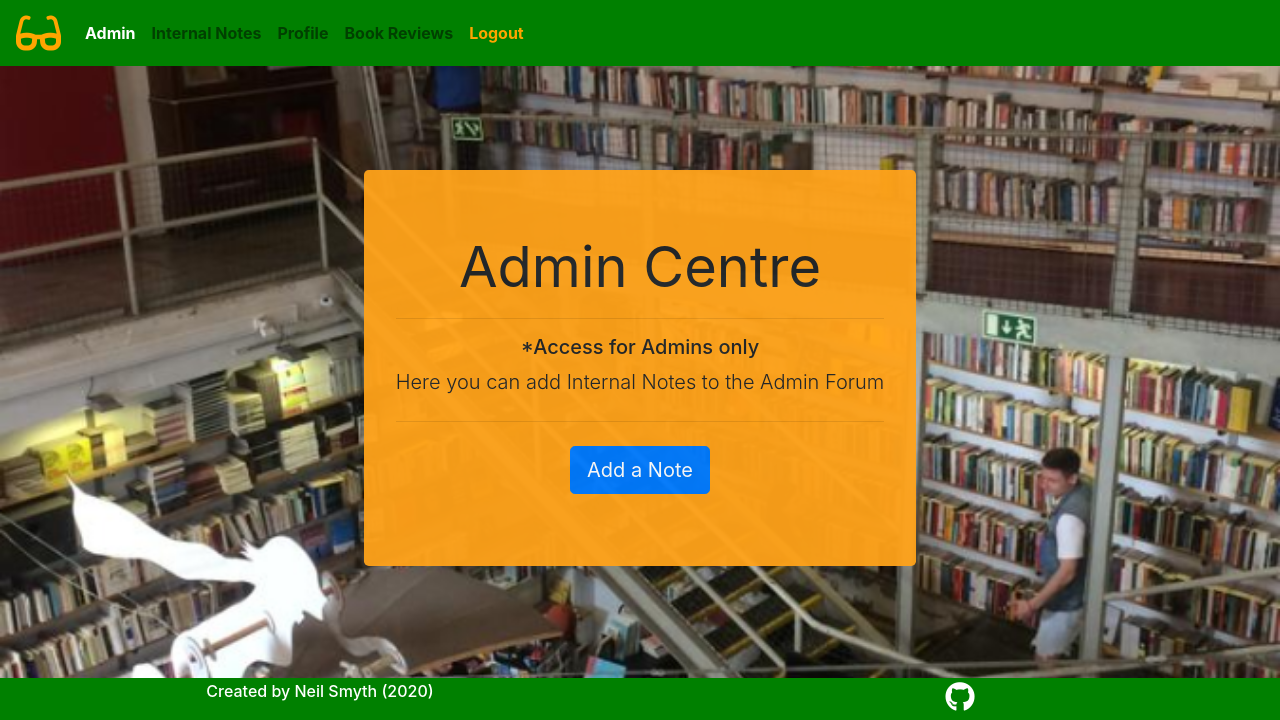
Repository: NeiloErnesto89/Data_Centric_Dev_Milestone_Project3
Page: templates/admin.html
The author's editor kept a record of every edit. The page is drawn from the files as they stood at one moment, then again after the next edit.
The browser window is 1280 px wide. The pictures show the whole page.
Some web libraries are served in a nearby version. The template is drawn by Flask 3. The application's start-up code is not run. Other server files are loaded and not shown. The template is opened directly, without the code that normally fills it, so the values that code supplies are empty.

Above is the page before.

### templates/admin.html
<div class="cover-container2 d-flex mx-auto flex-column">


{% extends "base.html" %}

<!--NavBar with Burger Icon-->
{% block navbar %}
<header class="nav-container">
    <nav class="navbar navbar-expand-lg navbar-light mb-1 text-center fixed-top">
        <a class="navbar-brand" data-target="#modalPopUp" data-toggle="modal"><i class="fas fa-glasses" style="font-size:40px;color:orange;"></i></a>
        <button class="navbar-toggler" type="button" data-toggle="collapse" data-target="#navbarTogglerDemo02" aria-controls="navbarTogglerDemo02" aria-expanded="false" aria-label="Toggle navigation">
                                <span class="navbar-toggler-icon"></span>
                              </button>
        <div class="collapse navbar-collapse" id="navbarTogglerDemo02">
            <ul class="navbar-nav mr-auto mt-0 mt-lg-0">

                {% if user.username == None %}
                <li class="nav-item">
                    <a class="nav-link" href="{{ url_for('index') }}"><b>Home</b></a>
                </li>
                <li class="nav-item">
                    <a class="nav-link" href="{{ url_for('signup') }}"><b>Sign Up</b></a>
                </li>
                <li class="nav-item">
                    <a class="nav-link" href="{{ url_for('login') }}"><b>Login</b></a>
                </li>

                {% else %}

                <li class="nav-item">
                    <a class="nav-link" style="color:white;" href="{{ url_for('admin') }}"><b>Admin</b></a>
                </li>
                <li class="nav-item">
                    <a class="nav-link" href="{{ url_for('all_comments') }}"><b>Internal Notes</b></a>
                </li>
                <li class="nav-item">
                    <a class="nav-link" href="{{ url_for('bio') }}"><b>Profile</b></a>
                </li>
                <li class="nav-item">
                    <a class="nav-link" href="{{ url_for('all_reviews') }}"><b>Book Reviews</b></a>
                </li>

                <div>
                    <li class="nav-item">
                        <a class="nav-link" style="color:orange;" href="{{ url_for('logout') }}"><b>Logout</b></a>
                    </li>
                </div>
                {% endif %}


            </ul>
        </div>
    </nav>
</header>
{% endblock navbar %}

{% block content %}

<div class="row justify-content-center">
            <div class="jumbotron jumbotron-shape" style="opacity: 0.95;">
                <h1 class="display-4 text-center"><b>Admin Centre</b></h1>
                <hr>
                <h5 class="display-5 text-center">*Access for Admins only</h5>
                <p class="lead text-center">Here you can add Internal Notes to the Admin Forum</p>
                <hr class="my-4">
                <div class="row">
                    <div class="col-sm-12">
                        <div class="text-center">
                            <a class="btn btn-primary btn-lg mb-2 " href="{{ url_for('comment_page') }}" role="button">Add a Note</a>
                        </div>
                    </div>

                </div>
            </div>

        </div>

{% endblock %}

</div> <!--COVER-->

### templates/base.html
<!DOCTYPE html>
<html lang="en">

<head>
    <meta charset="UTF-8">
    <meta name="viewport" content="width=device-width, initial-scale=1.0">
    <meta http-equiv="X-UA-Compatible" content="ie=edge">

    <title>Book Reviews</title>

    <!-- Bootstrap -->
    <link rel="stylesheet" href="https://stackpath.bootstrapcdn.com/bootstrap/4.3.1/css/bootstrap.min.css" integrity="sha384-ggOyR0iXCbMQv3Xipma34MD+dH/1fQ784/j6cY/iJTQUOhcWr7x9JvoRxT2MZw1T" crossorigin="anonymous">

    <!-- Google Font-->

    <link href="https://fonts.googleapis.com/css?family=Montserrat:400,700" rel="stylesheet">

    <!-- Font Awesome-->

    <link rel="stylesheet" href="https://use.fontawesome.com/releases/v5.7.2/css/all.css" integrity="sha384-fnmOCqbTlWIlj8LyTjo7mOUStjsKC4pOpQbqyi7RrhN7udi9RwhKkMHpvLbHG9Sr" crossorigin="anonymous">

    <link rel="stylesheet" href="https://cdnjs.cloudflare.com/ajax/libs/font-awesome/4.7.0/css/font-awesome.min.css">

    <!-- CSS -->

    <link rel="stylesheet" href="{{url_for('static', filename='css/style.css')}}" type="text/css" />


</head>

<body>

<div class="cover-container d-flex mx-auto flex-column">

            <!--NavBar with Burger Icon-->
        {% block navbar %}
        <header class="nav-container">
            <nav class="navbar navbar-expand-lg navbar-light mb-1 text-center fixed-top">
                <a class="navbar-brand" href="{{ url_for('index') }}" data-target="#modalPopUp" data-toggle="modal"><i class="fas fa-glasses" style="font-size:40px;color:orange;"></i></a>
                <button class="navbar-toggler" type="button" data-toggle="collapse" data-target="#navbarTogglerDemo02" aria-controls="navbarTogglerDemo02" aria-expanded="false" aria-label="Toggle navigation">
                                <span class="navbar-toggler-icon"></span>
                              </button>
                <div class="collapse navbar-collapse" id="navbarTogglerDemo02">
                    <ul class="navbar-nav mr-auto mt-0 mt-lg-0">


                        <li class="nav-item">
                            <a class="nav-link" href="{{ url_for('index') }}"><b>Home</b></a>
                        </li>
                        <li class="nav-item">
                            <a class="nav-link" href="{{ url_for('signup') }}"><b>Sign Up</b></a>
                        </li>
                        <li class="nav-item">
                            <a class="nav-link" href="{{ url_for('login') }}"><b>Login</b></a>
                        </li>

                    </ul>
                </div>
            </nav>
        </header>
        {% endblock navbar %}



    <hr>

    <main class="container base-container mt-5 mb-5">
            {% block content %}
            {% endblock %}

    </main>
    <hr>

        <!--FOOTER -->

        <div class="footer container-fluid">
            <div class="row justify-content-center">
                <div class="text-center col-xs-12 col-sm-6 mt-1 mb-2">

                    <h6>Created by Neil Smyth (2020)</h6>

                </div>
                <div class="text-center col-xs-12 col-sm-6 mt-1 mb-2">

                    <a href="https://github.com/NeiloErnesto89" target="_blank "><i class="fab fa-github" style="font-size:30px; color:white; "></i></a>

                </div>
            </div>
        </div> <!-- footer container-->

</div>    <!--Cover Container -->

    <!-- JQuery -->
    <script src="https://cdnjs.cloudflare.com/ajax/libs/jquery/3.2.1/jquery.min.js"></script>

    <!-- Bootstrap JS-->

    <script src="https://code.jquery.com/jquery-3.3.1.slim.min.js" integrity="sha384-q8i/X+965DzO0rT7abK41JStQIAqVgRVzpbzo5smXKp4YfRvH+8abtTE1Pi6jizo" crossorigin="anonymous"></script>
    <script src="https://cdnjs.cloudflare.com/ajax/libs/popper.js/1.14.7/umd/popper.min.js" integrity="sha384-UO2eT0CpHqdSJQ6hJty5KVphtPhzWj9WO1clHTMGa3JDZwrnQq4sF86dIHNDz0W1" crossorigin="anonymous"></script>
    <script src="https://stackpath.bootstrapcdn.com/bootstrap/4.3.1/js/bootstrap.min.js" integrity="sha384-JjSmVgyd0p3pXB1rRibZUAYoIIy6OrQ6VrjIEaFf/nJGzIxFDsf4x0xIM+B07jRM" crossorigin="anonymous"></script>

    <!-- JS File -->

    <script src="{{url_for('static', filename='js/script.js')}}"></script>


    <!--  <script type="text/javascript">
        $(document).ready(function() {
            $('.collapsible').collapsible();
        });
    </script>  -->
</body>

</html>

### static/css/style.css
body {
  background-color: #F0F0F0;
  display: flex;

}

/* COVER for index, login and signup.html's*/

.cover-container1 {
  min-height: 100vh;
  width: 100%;
  background: url('../images/book_case.jpg') no-repeat center center fixed;
    -webkit-background-size: cover;
  -moz-background-size: cover;
  -o-background-size: cover;
  background-size: cover;
  display: flex;
  align-items: center;
  justify-content: center;
  transition: all .5s ease-in-out;
  -moz-transition: all .5s ease-in-out;
  -webkit-transition: all .5s ease-in-out;
  -o-transition: all .5s ease-in-out;
  position: relative;

}


/* COVER for admin and bio.html's*/


.cover-container2 {
  min-height: 100vh;
  width: 100%;
  background: url('../images/libs.jpg') no-repeat center center fixed;
    -webkit-background-size: cover;
  -moz-background-size: cover;
  -o-background-size: cover;
  background-size: cover;
  display: flex;
  align-items: center;
  justify-content: center;
  transition: all .5s ease-in-out;
  -moz-transition: all .5s ease-in-out;
  -webkit-transition: all .5s ease-in-out;
  -o-transition: all .5s ease-in-out;
  position: relative;

}


/* COVER for forms/reviews etc. */

/*
.cover-container3 {
  min-height: 100vh;
  width: 100%;
  background: url('../images/bukish.jpg') no-repeat center center fixed;
    -webkit-background-size: cover;
  -moz-background-size: cover;
  -o-background-size: cover;
  background-size: cover;
  display: flex;
  align-items: center;
  justify-content: center;
  transition: all .5s ease-in-out;
  -moz-transition: all .5s ease-in-out;
  -webkit-transition: all .5s ease-in-out;
  -o-transition: all .5s ease-in-out;
  position: relative;

}
*/

.navbar {
  background-color: green;
}

.jumbotron {
  background-color: #ffa31a;
  margin-top: 3rem;
  margin-right: 3rem;
  margin-left: 3rem;

}

/* Paginate Button on All Reviews.html (taken and adapted from w3 schools) */

.paginate {
  display: inline-block;
}

.paginate a {
  color: black;
  float: left;
  padding: 8px 16px;
  text-decoration: none;
  margin: 15px;
}

.paginate a.active {
  background-color: #4CAF50;
  color: white;
  border-radius: 5px;
}

.paginate a:hover:not(.active) {
  background-color: #ddd;
  border-radius: 5px;
}

/* all_reviews.html - book review cards*/

.card {
  margin: 5px;
  box-shadow: 0 4px 8px 0 rgba(0, 0, 0, 0.2)
  /*border: 8px solid rgb(5, 187, 5);
  border-radius: 3rem; */
}

/* Card Image */

.book_image {
  background-color: white;
  box-shadow: 0 4px 8px 0 rgba(0, 0, 0, 0.2), 0 6px 20px 0 rgba(0, 0, 0, 0.19);
  max-width: 100%;
  height: 28rem;
}


/*
  .card-img-top {
    width: 100%;
    height: 15vw;
    object-fit: cover;
}
  */

/* MODAL */

.modal {
  color: black;
  background-color: rgb(204, 255, 204, 0.8);
}

.modal-header {

  background-color: rgb(204, 255, 204);
  opacity: 0.8;

}

.modal-title {
  font-size: 34px;
  font-weight: bold;
  text-align: center;
  /*margin-left: 45px; */
  padding: 5px;
  /*text-decoration: underline;*/
}


.modal-body {
  font-size: 15px;
  font-weight: bold;
  color: white;
  background-color: rgb(0, 153, 51);
  opacity: 0.8;
  text-align: center;
}

.modal-footer {
  background-color: rgb(204, 255, 204);
  opacity: 0.8;
}

.modal-header .close {
  margin: -10px;
}

/*

#logout_button {
  color: red;
  font-weight: 700;
  font-size: 17px;
  margin: 5px;
  padding: 5px;
  position: fixed;
  bottom: 7px;
  right: 2px;
  z-index: 1;
  opacity: 0.9;
} */

.footer {
  position: fixed;
  left: 0;
  bottom: 0;
  width: 100%;
  background-color: green;
  color: white;
  text-align: center;
}

### static/js/script.js
/*$(document).ready(function() {

    $('#popUpModal').modal('show');
}); */

$(function () {
  $('[data-toggle="tooltip"]').tooltip()
})

After the next edit:
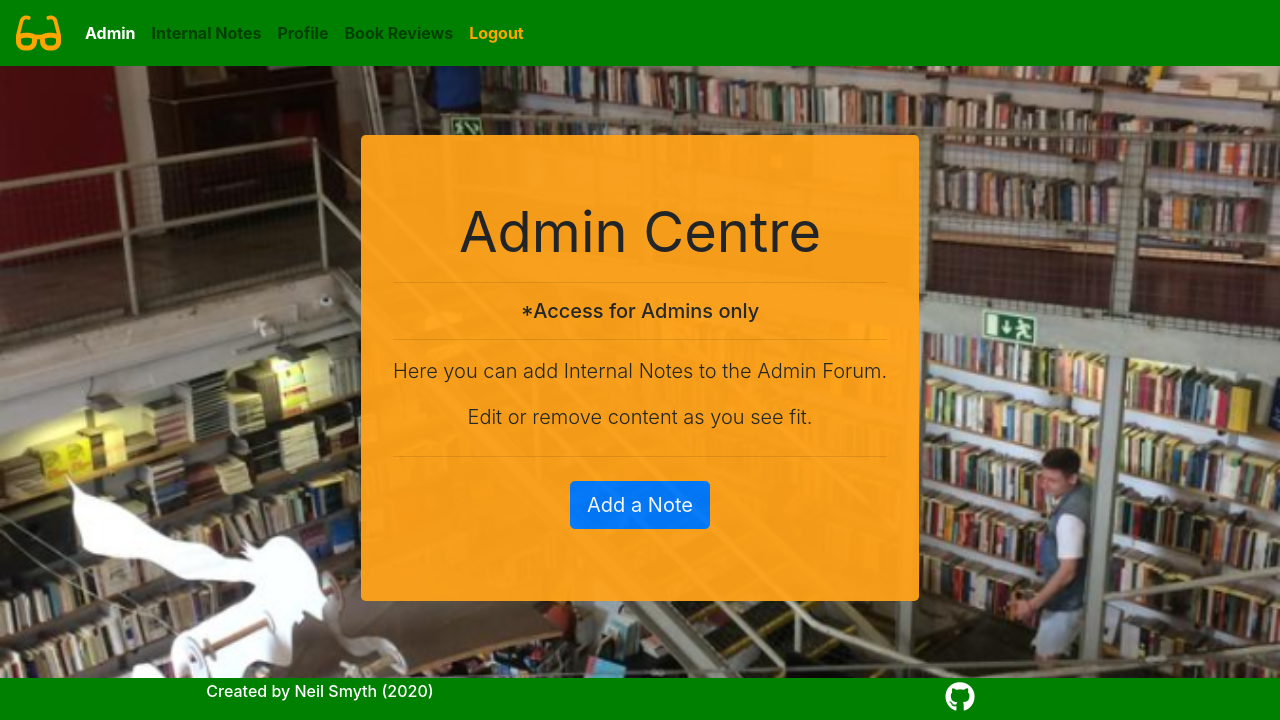
The edit:
--- a/templates/admin.html
+++ b/templates/admin.html
@@ -61,7 +61,9 @@
                 <h1 class="display-4 text-center"><b>Admin Centre</b></h1>
                 <hr>
                 <h5 class="display-5 text-center">*Access for Admins only</h5>
-                <p class="lead text-center">Here you can add Internal Notes to the Admin Forum</p>
+                <hr>
+                <p class="lead text-center">Here you can add Internal Notes to the Admin Forum.</p>
+                <p class="lead text-center">Edit or remove content as you see fit.</p>
                 <hr class="my-4">
                 <div class="row">
                     <div class="col-sm-12">
